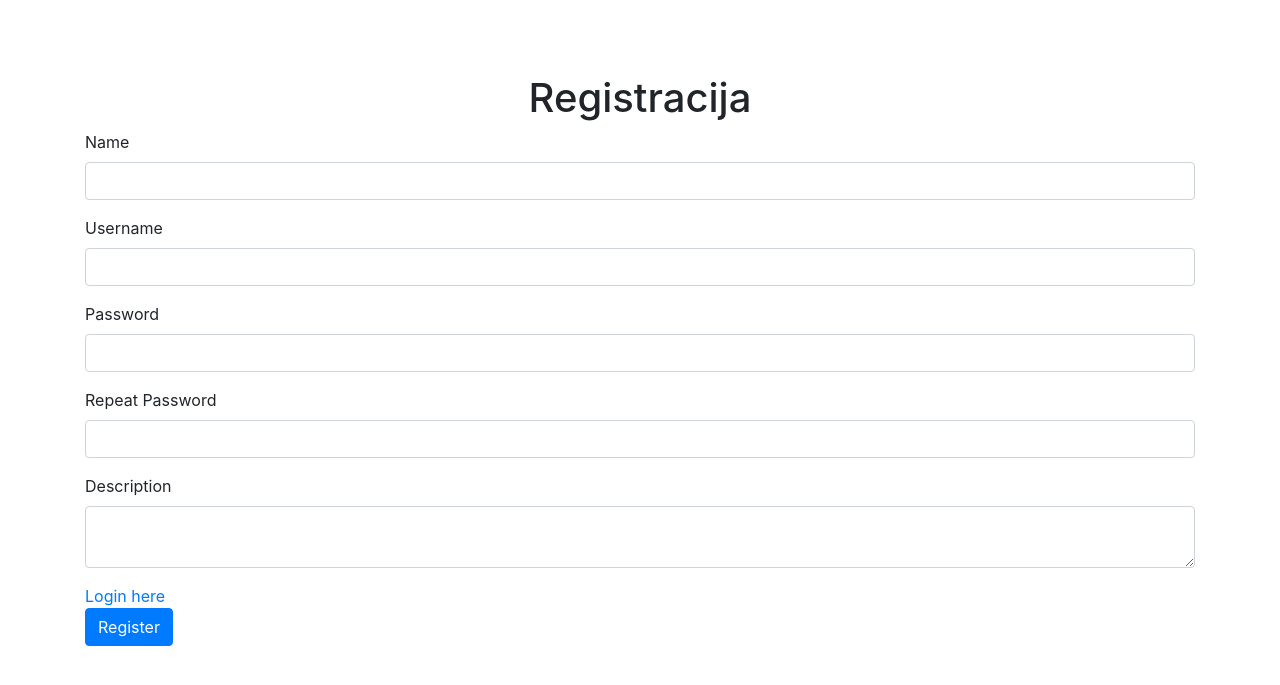
Repository: motiejus1/15-paskaita-PHP-05.31
Page: http://localhost/register.php
These files come from the project's save history. The page is drawn as it stood at one moment and after a run of saves; the edit follows.
The browser window is 1280 px wide. The pictures show the whole page.
Some web libraries are served in a nearby version. The page is run by PHP 8.4 with error messages shown; the project is at /var/www/html/.

Above is the page before, as saved 2021-08-16 20:30:51.

After the next 2 saves:
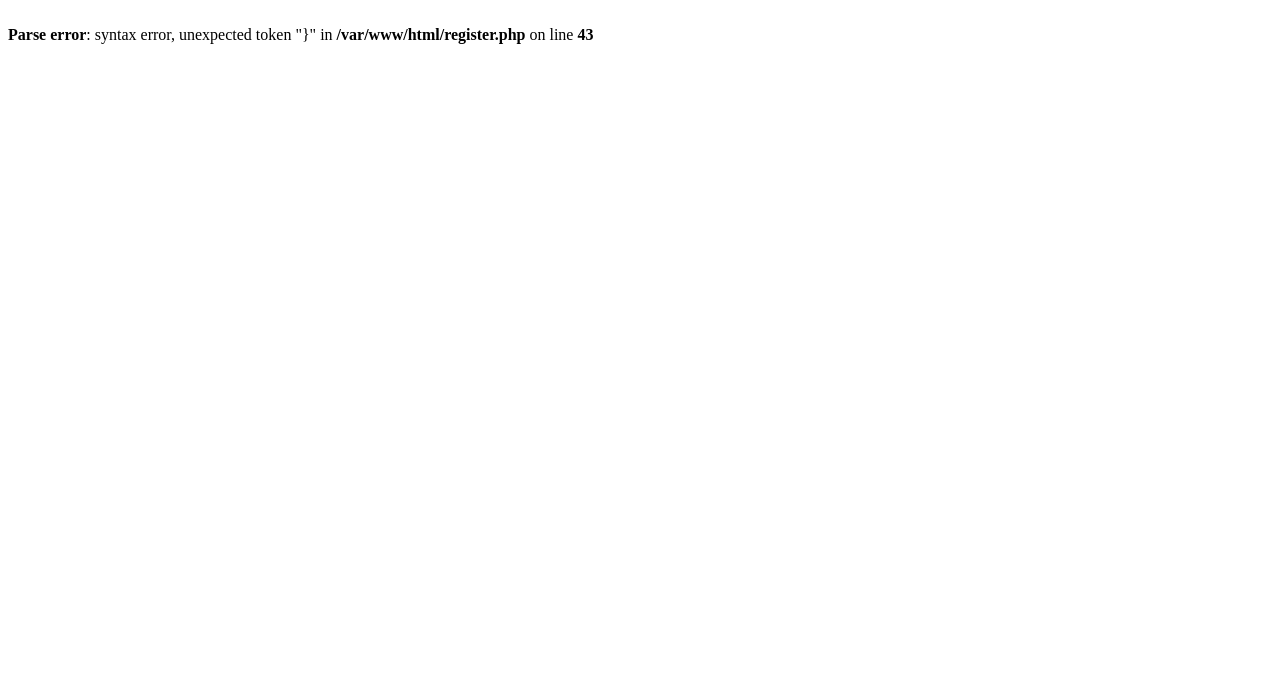
The 2 saves are shown as one change because they came seconds apart.
The last was saved 11 s later.
--- a/register.php
+++ b/register.php
@@ -39,7 +39,7 @@
        $name =$_GET["name"];
        $username =$_GET["username"];
        $password =$_GET["password"];
-
+       $repeat_password =
     }
 ?>
 

After the 2 saves that followed:
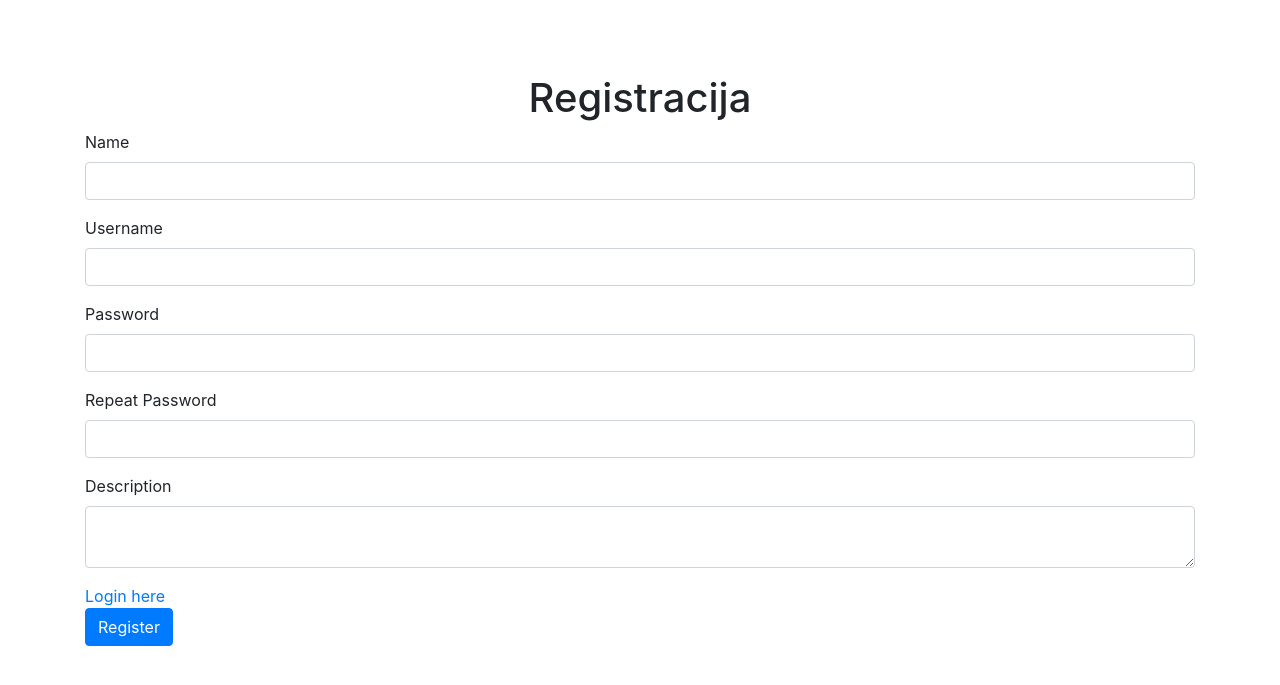
The 2 saves are shown as one change because they came seconds apart.
The last was saved 10 s later.
--- a/register.php
+++ b/register.php
@@ -39,7 +39,7 @@
        $name =$_GET["name"];
        $username =$_GET["username"];
        $password =$_GET["password"];
-       $repeat_password =
+       $repeat_password = $_GET[repeat-password];
     }
 ?>
 
